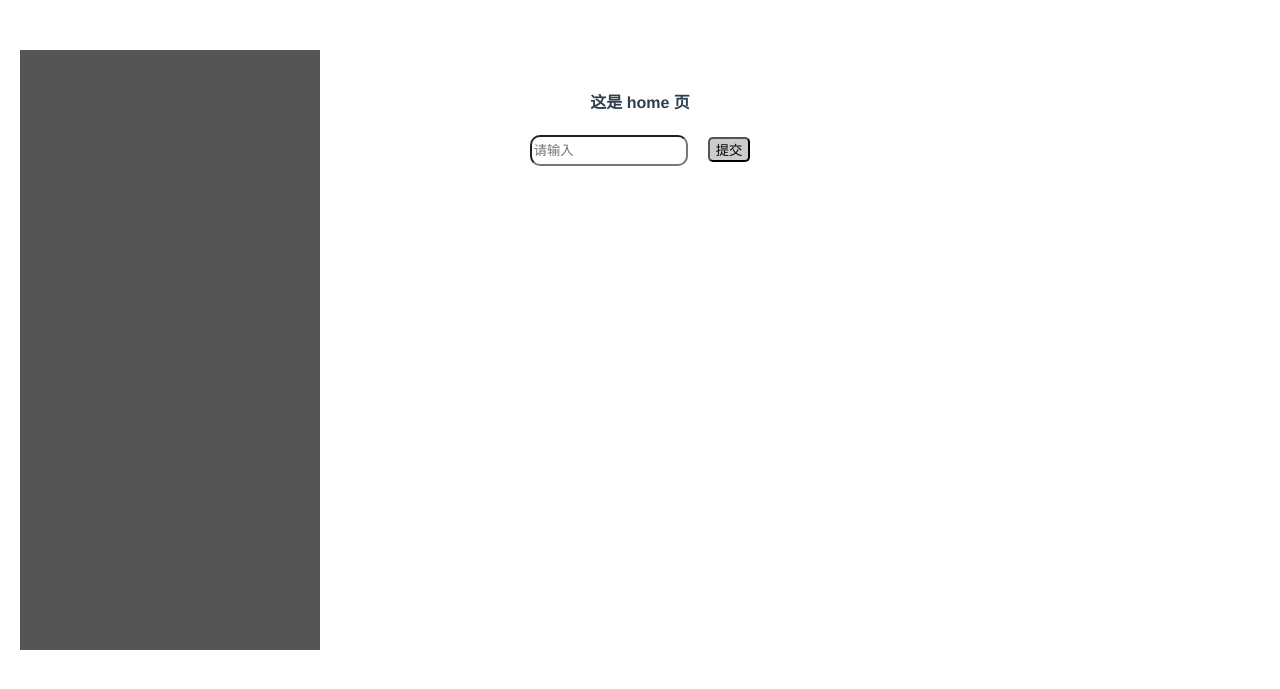
Repository: z-xy-git/demofirst
Page: /
The author's editor kept a copy of each file at every save. The page is drawn from the files as they stood at one save, then again after the next save.
The browser window is 1280 px wide. The pictures show the whole page.
The project was rebuilt for these pictures with package versions that can differ from the ones it lists, and the page was loaded fresh each time.

Above is the page before, as saved 2021-02-25 10:49:07.

### src/App.vue
<template>
  <div id="app">
    <div id="nav">
    </div>
    <router-view/>
  </div>
</template>

<style>
#app {
  font-family: Avenir, Helvetica, Arial, sans-serif;
  -webkit-font-smoothing: antialiased;
  -moz-osx-font-smoothing: grayscale;
  text-align: center;
  color: #2c3e50;
}

#nav {
  padding: 30px;
}

#nav a {
  font-weight: bold;
  color: #2c3e50;
}

#nav a.router-link-exact-active {
  color: #42b983;
}
</style>

### src/views/Home.vue
<template>
  <div class="home">
    <h4>这是 home 页</h4>
    <input type="text" v-model="inputData" placeholder="请输入" class="input-style">
    <button @click="btnclick" class="btn-style">提交</button>
    <div class="show-data">
      <p class="p"></p>
    </div>
  </div>
</template>

<script>
// @ is an alias to /src

export default {
  name: 'Home',
  components: {
  },
  data(){
    return{
      inputData: ''
    }
  },
  methods:{
    btnclick() {
      // this.$router.push('/about');
      console.log(this.inputData);
      this.$el.querySelector('.p').innerHTML = this.inputData;
    }
  }
}
</script>
<style>
  .input-style{
    margin-right: 20px;
    outline: none;
    border-radius: 10px;
    width: 150px;
    height: 25px;
  }
  .btn-style{
    outline: none;
    border-radius: 5px;
    background-color: #ccc;
  }
  .show-data{
    position: absolute;
    left: 20px;
    top: 50px;
    width: 300px;
    height: 600px;
    background-color: #555;
  }
</style>

Loaded but not shown: public/index.html (common file); src/main.js (common file); src/router/index.js (common file); src/store/index.js (common file)

After the next save:
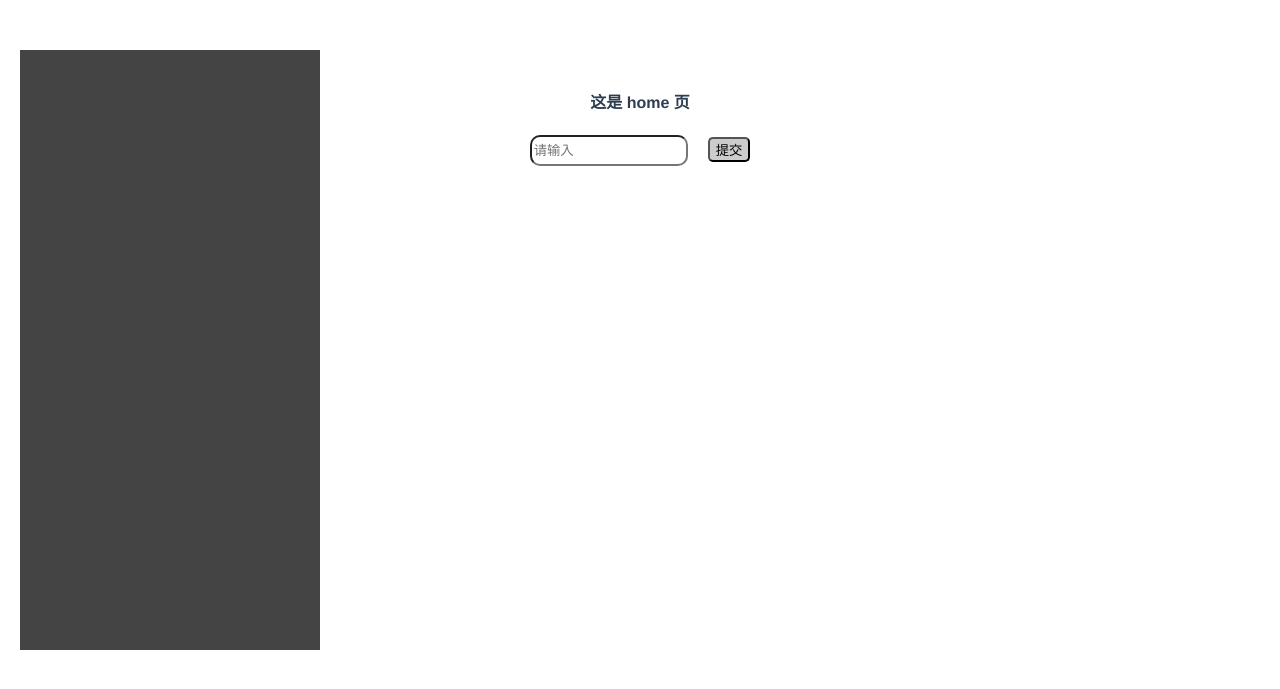
Saved 30 s later.
--- a/src/views/Home.vue
+++ b/src/views/Home.vue
@@ -49,6 +49,6 @@ export default {
     top: 50px;
     width: 300px;
     height: 600px;
-    background-color: #555;
+    background-color: #444;
   }
 </style>
